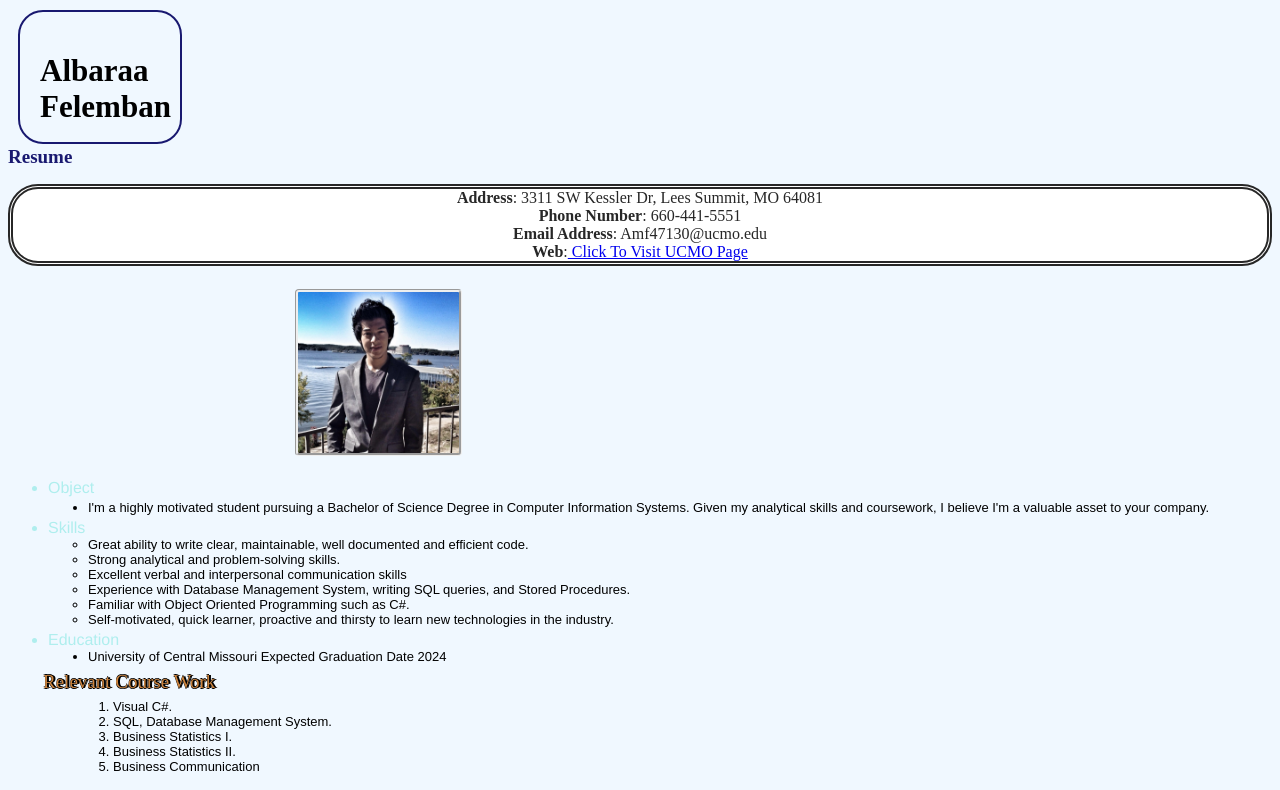
Repository: MrFelemban/RealEstate_Web-cis2625
Page: lesson1/index.html
The author's editor kept a record of every edit. The page is drawn from the files as they stood at one moment, then again after the next edit.
The browser window is 1280 px wide. The pictures show the whole page.

Above is the page before.

### lesson1/index.html
<!DOCTYPE html>

<head>
	<meta charset="UTF-8">
	<title> My Resume </title>
	<link rel="stylesheet" href="./Resume.css" type="text/css">
</head>

<body>
	<table name="top" id="top">
		<tr>
			<td>
				<img src="PersonalPhoto.jpg" alt="Profile Picture">
			</td>
			<div class="Div_Name">
				<h1> Albaraa Felemban</h1>
			</div>
			<h2>Resume</h2>
			<div class="myDiv">
				<b>Address</b>: 3311 SW Kessler Dr, Lees Summit, MO 64081</br>
				<b>Phone Number</b>: 660-441-5551</br>
				<b>Email Address</b>: Amf47130@ucmo.edu</br>
				<b>Web</b>:<a href=" http://www.ucmo.edu"> Click To Visit UCMO Page </a>
				</td>
		</tr>
		</div>
	</table>
	<ul>
		<li class="Subject">Object</li>

		<li id="Hook">I'm a highly motivated student pursuing a Bachelor of Science Degree in Computer Information Systems. Given my analytical skills and coursework, I believe I'm a valuable asset to your company.</li>

		<li class="Subject">Skills</li>

		<div class="Skills">
			<ul>
				<li>Great ability to write clear, maintainable, well documented and efficient code.</li>
				<li>Strong analytical and problem-solving skills.</li>
				<li>Excellent verbal and interpersonal communication skills</li>
				<li>Experience with Database Management System, writing SQL queries, and Stored Procedures.</li>
				<li>Familiar with Object Oriented Programming such as C#.</li>
				<li>Self-motivated, quick learner, proactive and thirsty to learn new technologies in the industry.</li>
			</ul>
		</div>
		<li class="Subject">Education</li>
		<li id="Education">
			University of Central Missouri Expected Graduation Date 2024
		</li>
	</ul>
	<p id="Courses">Relevant Course Work </p>
	<ol>
		<div class="Course_Work">
			<li>Visual C#.</li>
			<li>SQL, Database Management System.</li>
			<li>Business Statistics I.</li>
			<li>Business Statistics II.</li>
			<li>Business Communication</li>
		</div>
	</ol>
</body>
</html>

### lesson1/Resume.css
	body {
		background-color:#F0F8FF;
	}

	.myDiv {
		border: 5px double #272727;
		border-radius: 30px;
		background-color: white;
		text-align: center;
		list-style-position: inside;
		color: #272727;

	}

	img {
		width: 161px;
		height: 161px;
		margin-left: 170%;
		margin-top: 20px;
		text-align: justify;
		border-radius: 4px;
		border: groove;


	}

	.Div_Name {

		margin: 10px;
		padding: 5px;
		background: transparent;
		font-size: 97%;
		float: inherit;
		margin-bottom: 2px;
		list-style-position: inside;

		border-radius: 25px;
		border: 2px solid #191970;
		padding: 20px;
		width: 120px;
		height: 90px;
	}

	p {
		font-family: serif;
		font-size: 25px;
		color: black;
	}

	#Hook {
		font-family: sans-serif;
		color: black;
		font-size: 13px;
		margin-left: 40px;
		margin-top: 3px;
		text-align: justify;
	}

	.Subject {
		font-family: helvetica;
		color: #AFEEEE;
		text-align: justify;
		margin-top: 4px;

	}


	.Skills>ul li {
		color: black;
		font-family: sans-serif;
		font-size: 13px;

	}

	/* "Resume" word code*/
	h2 {
		color: #191970;
		font-size: 19px;
		font-family: Black Times;
		margin-top: 1px;

	}

	#Education {
		font-family: helvetica;
		color: Black;
		font-size: 13px;
		margin-left: 40px;
	}

	.Course_Work {
		font-family: sans-serif;
		font-size: 13px;
		margin-left: 65px;
	}

	#Courses {
		margin-top: -9px;
		margin-bottom: -10px;
		margin-left: 35px;
		font-size: 19px;
		color: #CD853F;
		text-shadow: 2px 0 black, 0 1px black, 1px 0 black, 0 -1px black;

	}

After the next edit:
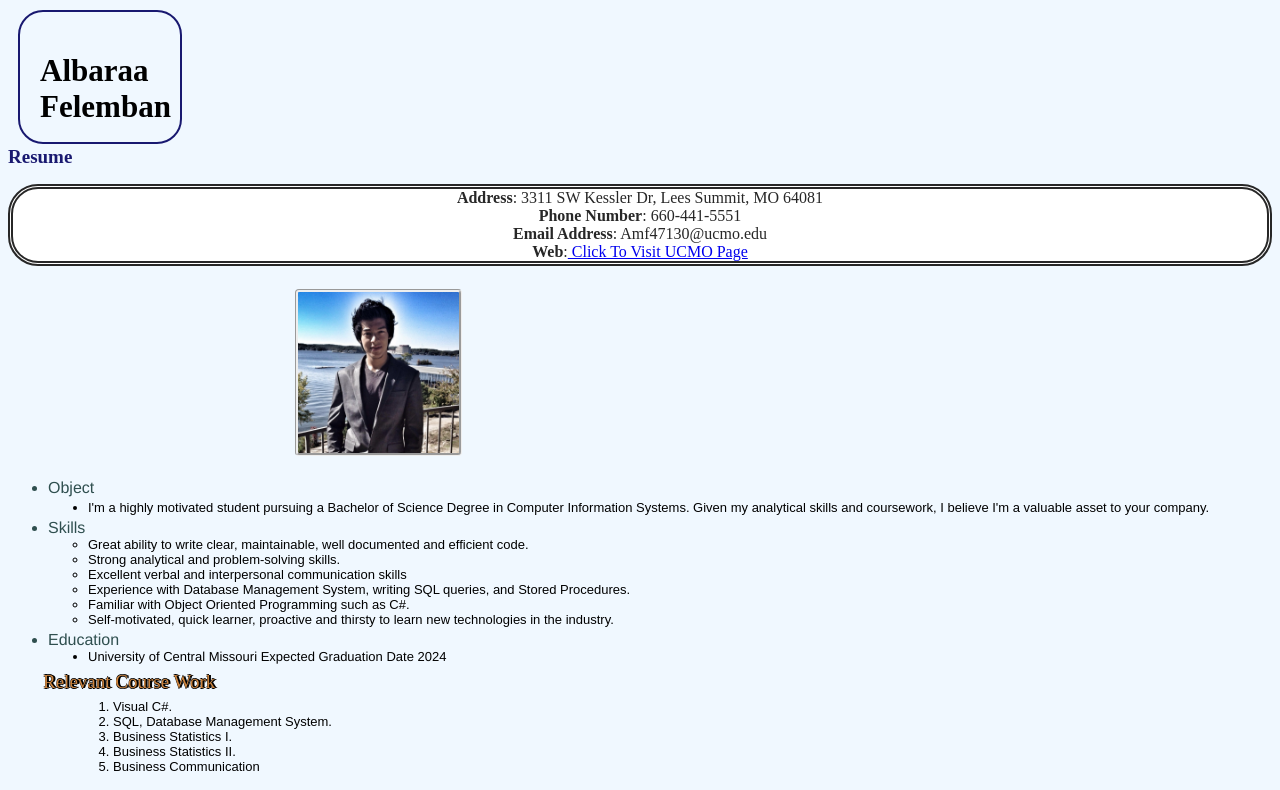
The edit:
--- a/lesson1/Resume.css
+++ b/lesson1/Resume.css
@@ -58,7 +58,7 @@
 
 	.Subject {
 		font-family: helvetica;
-		color: #AFEEEE;
+		color: #2F4F4F;
 		text-align: justify;
 		margin-top: 4px;
 
